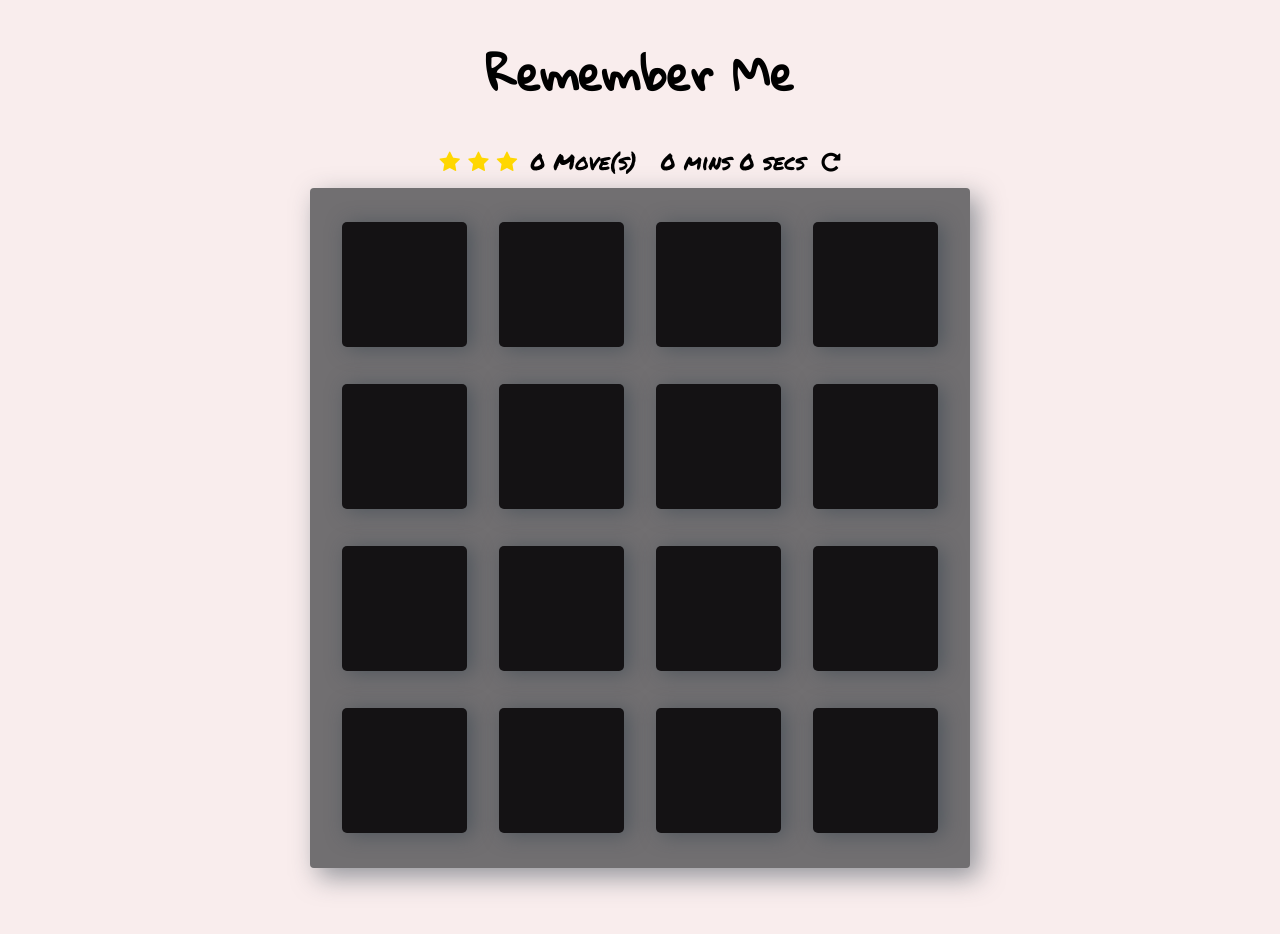
Repository: chrisntaskas/rememberme
Page: index.html
The author's editor kept a record of every edit. The page is drawn from the files as they stood at one moment, then again after the next edit.
The browser window is 1280 px wide. The pictures show the whole page.
Some web fonts or font styles are not loaded; a fallback is used. Some web libraries are served in a nearby version.

Above is the page before.

### index.html
<!doctype html>
<html lang="en">
<head>
    <meta charset="utf-8">
    <title>Remember Me</title>
    <meta name="description" content="">
    <meta name="viewport" content="width=device-width, initial-scale=1">
    <link rel="stylesheet prefetch" href="https://maxcdn.bootstrapcdn.com/font-awesome/4.6.1/css/font-awesome.min.css">
    <link rel="stylesheet prefetch" href="https://fonts.googleapis.com/css?family=Coda">
    <link rel="stylesheet prefetch" href="https://fonts.googleapis.com/css?family=Gloria+Hallelujah|Permanent+Marker" >
    <link rel="stylesheet" href="css/app.css">
</head>
<body>

    <div class="container">
        <header>
            <h1>Remember Me</h1>
        </header>

        <section class="score-panel">
        	<ul class="stars">
        		<li><i class="fa fa-star"></i></li>
        		<li><i class="fa fa-star"></i></li>
        		<li><i class="fa fa-star"></i></li>
        	</ul>

        	<span class="moves">0</span> Move(s)

            <div class="timer">
            </div>

            <div class="restart" onclick=startGame()>
        		<i class="fa fa-repeat"></i>
        	</div>
        </section>

        <ul class="deck" id="card-deck">
            <li class="card" type="diamond">
                <i class="fa fa-diamond"></i>
            </li>
            <li class="card" type="plane">
                <i class="fa fa-paper-plane-o"></i>
            </li>
            <li class="card match" type="anchor">
                <i class="fa fa-anchor"></i>
            </li>
            <li class="card" type="bolt" >
                <i class="fa fa-bolt"></i>
            </li>
            <li class="card" type="cube">
                <i class="fa fa-cube"></i>
            </li>
            <li class="card match" type="anchor">
                <i class="fa fa-anchor"></i>
            </li>
            <li class="card" type="leaf">
                <i class="fa fa-leaf"></i>
            </li>
            <li class="card" type="bicycle">
                <i class="fa fa-bicycle"></i>
            </li>
            <li class="card" type="diamond">
                <i class="fa fa-diamond"></i>
            </li>
            <li class="card" type="bomb">
                <i class="fa fa-bomb"></i>
            </li>
            <li class="card" type="leaf">
                <i class="fa fa-leaf"></i>
            </li>
            <li class="card" type="bomb">
                <i class="fa fa-bomb"></i>
            </li>
            <li class="card open show" type="bolt">
                <i class="fa fa-bolt"></i>
            </li>
            <li class="card" type="bicycle">
                <i class="fa fa-bicycle"></i>
            </li>
            <li class="card" type="plane">
                <i class="fa fa-paper-plane-o"></i>
            </li>
            <li class="card" type="cube">
                <i class="fa fa-cube"></i>
            </li>
        </ul>

        <div id="popup1" class="overlay">
            <div class="popup">
                <h2>Congrats!!! </h2>
                <a class="close" href=# >×</a>
                <div class="content-1">
                    Looks like you remembered!
                </div>
                <div class="content-2">
                    <p>You made <span id=finalMove> </span> moves </p>
                    <p>in <span id=totalTime> </span> </p>
                    <p>Rating:  <span id=starRating></span></p>
                </div>
                <button id="play-again"onclick="playAgain()">
                    Do over?</a>
                </button>
            </div>
        </div>

    </div>
    <script src="js/app.js"></script>
</body>
</html>

### css/app.css
html {
	box-sizing: border-box;
}

*,
*::before,
*::after {
	box-sizing: inherit;
}

html,
body {
	width: 100%;
	height: 100%;
	margin: 0;
	padding: 0;
}

body {
	background: #f9eded;
	font-family: 'Permanent Marker', cursive;
	font-size: 16px;
}

.container {
	display: flex;
	justify-content: center;
	align-items: center;
	flex-direction: column;
}

h1 {
	font-family: 'Gloria Hallelujah', cursive;
}


/*
 * deck card styles
 */


.deck {
	width: 85%;
	background: #716F71;
	padding: 1rem;
	border-radius: 4px;
	box-shadow: 8px 9px 26px 0 rgba(46, 61, 73, 0.5);
	display: flex;
	flex-wrap: wrap;
	justify-content: space-around;
	align-items: center;
	margin: 0 0 3em;
}

.deck .card {
	height: 3.7rem;
	width: 3.7rem;
	margin: 0.2rem 0.2rem;
	background: #141214;
	font-size: 0;
	color: #ffffff;
	border-radius: 5px;
	cursor: pointer;
	display: flex;
	justify-content: center;
	align-items: center;
	box-shadow: 5px 2px 20px 0 rgba(46, 61, 73, 0.5);
}

.deck .card.open {
	transform: rotateY(0);
	background: #02b3e4;
	cursor: default;
	animation-name: flipInY;
	-webkit-backface-visibility: visible !important;
	backface-visibility: visible !important;
	animation-duration: .75s;
}

.deck .card.show {
	font-size: 33px;
}

.deck .card.match {
	cursor: default;
	background: #E5F720;
	font-size: 33px;
	animation-name: rubberBand;
	-webkit-backface-visibility: visible !important;
	backface-visibility: visible !important;
	animation-duration: .75s;
}

.deck .card.unmatched {
	animation-name: pulse;
	-webkit-backface-visibility: visible !important;
	backface-visibility: visible !important;
	animation-duration: .75s;
	background: #e2043b;
}

.deck .card.disabled {
	pointer-events: none;
	opacity: 0.9;
}


/*
 * scoreboard style
 */


.score-panel {
	text-align: left;
	margin-bottom: 10px;
}

.score-panel .stars {
	margin: 0;
	padding: 0;
	display: inline-block;
	margin: 0 5px 0 0;
}

.score-panel .stars li {
	list-style: none;
	display: inline-block;
}

.score-panel .restart {
	float: right;
	cursor: pointer;
}

.fa-star {
	color: #FFD700;
}

.timer {
	display: inline-block;
	margin: 0 1rem;
}


/*
 * congratulations modal style
 */


.overlay {
	position: fixed;
	top: 0;
	bottom: 0;
	left: 0;
	right: 0;
	background: rgba(0, 0, 0, 0.7);
	transition: opacity 500ms;
	visibility: hidden;
	opacity: 0;
}

.overlay:target {
	visibility: visible;
	opacity: 1;
}

.popup {
	margin: 70px auto;
	padding: 20px;
	background: #ffffff;
	border-radius: 5px;
	width: 85%;
	position: relative;
	transition: all 5s ease-in-out;
	font-family: 'Gloria Hallelujah', cursive;
}

.popup h2 {
	margin-top: 0;
	color: #333;
	font-family: Tahoma, Arial, sans-serif;
}

.popup .close {
	position: absolute;
	top: 20px;
	right: 30px;
	transition: all 200ms;
	font-size: 30px;
	font-weight: bold;
	text-decoration: none;
	color: #333;
}

.popup .close:hover {
	color: #E5F720;
}

.popup .content-1,
.content-2 {
	max-height: 30%;
	overflow: auto;
	text-align: center;
}

.show {
	visibility: visible !important;
	opacity: 100 !important;
}

#starRating li {
	display: inline-block;
}

#play-again {
	background-color: #141214;
	padding: 0.7rem 1rem;
	font-size: 1.1rem;
	display: block;
	margin: 0 auto;
	width: 50%;
	font-family: 'Oswald', cursive;
	color: #ffffff;
	border-radius: 5px;
}

/* animations */
@keyframes flipInY {
	from {
		transform: perspective(400px) rotate3d(0, 1, 0, 90deg);
		animation-timing-function: ease-in;
		opacity: 0;
	}

	40% {
		transform: perspective(400px) rotate3d(0, 1, 0, -20deg);
		animation-timing-function: ease-in;
	}

	60% {
		transform: perspective(400px) rotate3d(0, 1, 0, 10deg);
		opacity: 1;
	}

	80% {
		transform: perspective(400px) rotate3d(0, 1, 0, -5deg);
	}

	to {
		transform: perspective(400px);
	}
}

@keyframes rubberBand {
	from {
		transform: scale3d(1, 1, 1);
	}

	30% {
		transform: scale3d(1.25, 0.75, 1);
	}

	40% {
		transform: scale3d(0.75, 1.25, 1);
	}

	50% {
		transform: scale3d(1.15, 0.85, 1);
	}

	65% {
		transform: scale3d(.95, 1.05, 1);
	}

	75% {
		transform: scale3d(1.05, .95, 1);
	}

	to {
		transform: scale3d(1, 1, 1);
	}
}

@keyframes pulse {
	from {
		transform: scale3d(1, 1, 1);
	}

	50% {
		transform: scale3d(1.2, 1.2, 1.2);
	}

	to {
		transform: scale3d(1, 1, 1);
	}
}


/****** Media queries
***************************/


@media (max-width: 320px) {
	.deck {
		width: 85%;
	}

	.deck .card {
		height: 4.7rem;
		width: 4.7rem;
	}
}


/* tablets
****************/

@media (min-width: 768px) {
	.container {
		font-size: 22px;
	}

	.deck {
		width: 660px;
		height: 680px;
	}

	.deck .card {
		height: 125px;
		width: 125px;
	}

	.popup {
		width: 60%;
	}
}

### js/app.js
// cards array
let card = document.getElementsByClassName("card");
let cards = [...card];

// all available cards in game
const deck = document.getElementById("card-deck");

// move variable
let moves = 0;
let counter = document.querySelector(".moves");

// variables for star icons
const stars = document.querySelectorAll(".fa-star");

//variable of matchedCards
let matchedCard = document.getElementsByClassName("match");

 // stars list
 let starsList = document.querySelectorAll(".stars li");

 // close icon in modal
 let closeicon = document.querySelector(".close");

 // declare modal
 let modal = document.getElementById("popup1")

 // array for opened cards
var openedCards = [];


// @description shuffles cards
// @param {array}
// @returns shuffledarray
function shuffle(array) {
    var currentIndex = array.length, temporaryValue, randomIndex;

    while (currentIndex !== 0) {
        randomIndex = Math.floor(Math.random() * currentIndex);
        currentIndex -= 1;
        temporaryValue = array[currentIndex];
        array[currentIndex] = array[randomIndex];
        array[randomIndex] = temporaryValue;
    }

    return array;
};


// @description shuffles cards when page is refreshed / loads
document.body.onload = startGame();


// @description function to start a new play
function startGame(){

    // empty the openCards array
    openedCards = [];

    // shuffle cards
    cards = shuffle(cards);
    // remove classes from each card
    for (var i = 0; i < cards.length; i++){
        deck.innerHTML = "";
        [].forEach.call(cards, function(item) {
            deck.appendChild(item);
        });
        cards[i].classList.remove("show", "open", "match", "disabled");
    }
    // moves reset
    moves = 0;
    counter.innerHTML = moves;
    // rating rating
    for (var i= 0; i < stars.length; i++){
        stars[i].style.color = "#FFD700";
        stars[i].style.visibility = "visible";
    }
    //timer reset
    second = 0;
    minute = 0;
    hour = 0;
    var timer = document.querySelector(".timer");
    timer.innerHTML = "0 mins 0 secs";
    clearInterval(interval);
}


// @description toggles open and show class to display cards
var displayCard = function (){
    this.classList.toggle("open");
    this.classList.toggle("show");
    this.classList.toggle("disabled");
};


// @description add opened cards to OpenedCards list and check if cards are match or not
function cardOpen() {
    openedCards.push(this);
    var len = openedCards.length;
    if(len === 2){
        moveCounter();
        if(openedCards[0].type === openedCards[1].type){
            matched();
        } else {
            unmatched();
        }
    }
};


// @description when cards match
function matched(){
    openedCards[0].classList.add("match", "disabled");
    openedCards[1].classList.add("match", "disabled");
    openedCards[0].classList.remove("show", "open", "no-event");
    openedCards[1].classList.remove("show", "open", "no-event");
    openedCards = [];
}


// description when cards don't match
function unmatched(){
    openedCards[0].classList.add("unmatched");
    openedCards[1].classList.add("unmatched");
    disable();
    setTimeout(function(){
        openedCards[0].classList.remove("show", "open", "no-event","unmatched");
        openedCards[1].classList.remove("show", "open", "no-event","unmatched");
        enable();
        openedCards = [];
    },1100);
}


// @description disable cards temporarily
function disable(){
    Array.prototype.filter.call(cards, function(card){
        card.classList.add('disabled');
    });
}


// @description enable cards and disable matched cards
function enable(){
    Array.prototype.filter.call(cards, function(card){
        card.classList.remove('disabled');
        for(var i = 0; i < matchedCard.length; i++){
            matchedCard[i].classList.add("disabled");
        }
    });
}


// @description count player's moves
function moveCounter(){
    moves++;
    counter.innerHTML = moves;
    //start timer on first click
    if(moves == 1){
        second = 0;
        minute = 0;
        hour = 0;
        startTimer();
    }
    // setting rates based on moves
    if (moves > 8 && moves < 12){
        for( i= 0; i < 3; i++){
            if(i > 1){
                stars[i].style.visibility = "collapse";
            }
        }
    }
    else if (moves > 13){
        for( i= 0; i < 3; i++){
            if(i > 0){
                stars[i].style.visibility = "collapse";
            }
        }
    }
}


// @description game timer
var second = 0, minute = 0; hour = 0;
var timer = document.querySelector(".timer");
var interval;
function startTimer(){
    interval = setInterval(function(){
        timer.innerHTML = minute+"mins "+second+"secs";
        second++;
        if(second == 60){
            minute++;
            second=0;
        }
        if(minute == 60){
            hour++;
            minute = 0;
        }
    },1000);
}


// @description congratulations when all cards match, show modal and moves, time and rating
function congratulations(){
    if (matchedCard.length == 16){
        clearInterval(interval);
        finalTime = timer.innerHTML;

        // show congratulations modal
        modal.classList.add("show");

        // declare star rating variable
        var starRating = document.querySelector(".stars").innerHTML;

        //showing move, rating, time on modal
        document.getElementById("finalMove").innerHTML = moves;
        document.getElementById("starRating").innerHTML = starRating;
        document.getElementById("totalTime").innerHTML = finalTime;

        //closeicon on modal
        closeModal();
    };
}


// @description close icon on modal
function closeModal(){
    closeicon.addEventListener("click", function(e){
        modal.classList.remove("show");
        startGame();
    });
}


// @desciption for user to play Again
function playAgain(){
    modal.classList.remove("show");
    startGame();
}


// loop to add event listeners to each card
for (var i = 0; i < cards.length; i++){
    card = cards[i];
    card.addEventListener("click", displayCard);
    card.addEventListener("click", cardOpen);
    card.addEventListener("click",congratulations);
};

After the next edit:
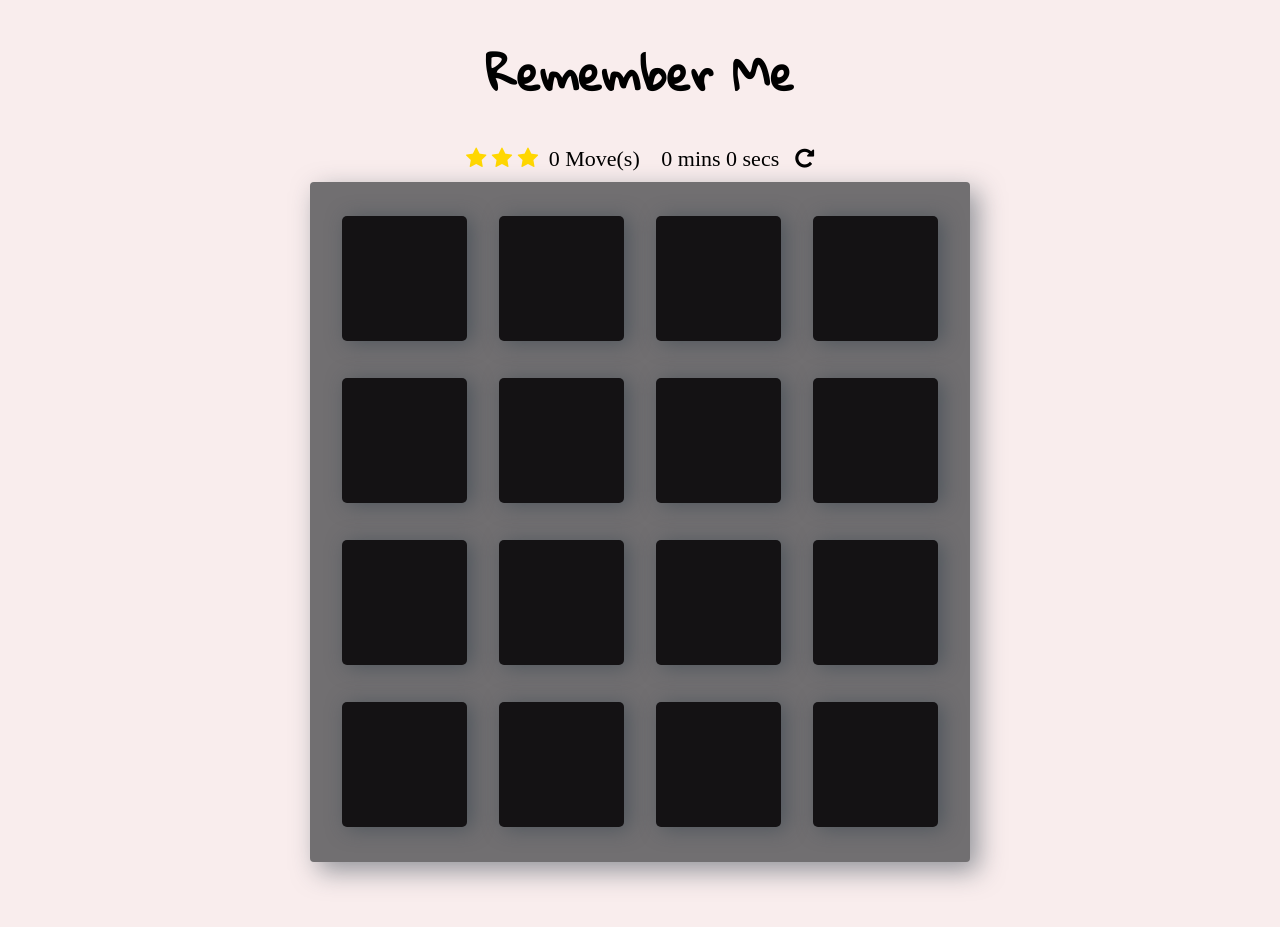
The edit:
--- a/css/app.css
+++ b/css/app.css
@@ -18,7 +18,7 @@
 
 body {
 	background: #f9eded;
-	font-family: 'Permanent Marker', cursive;
+	font-family: 'Oswald', cursive;
 	font-size: 16px;
 }
 
